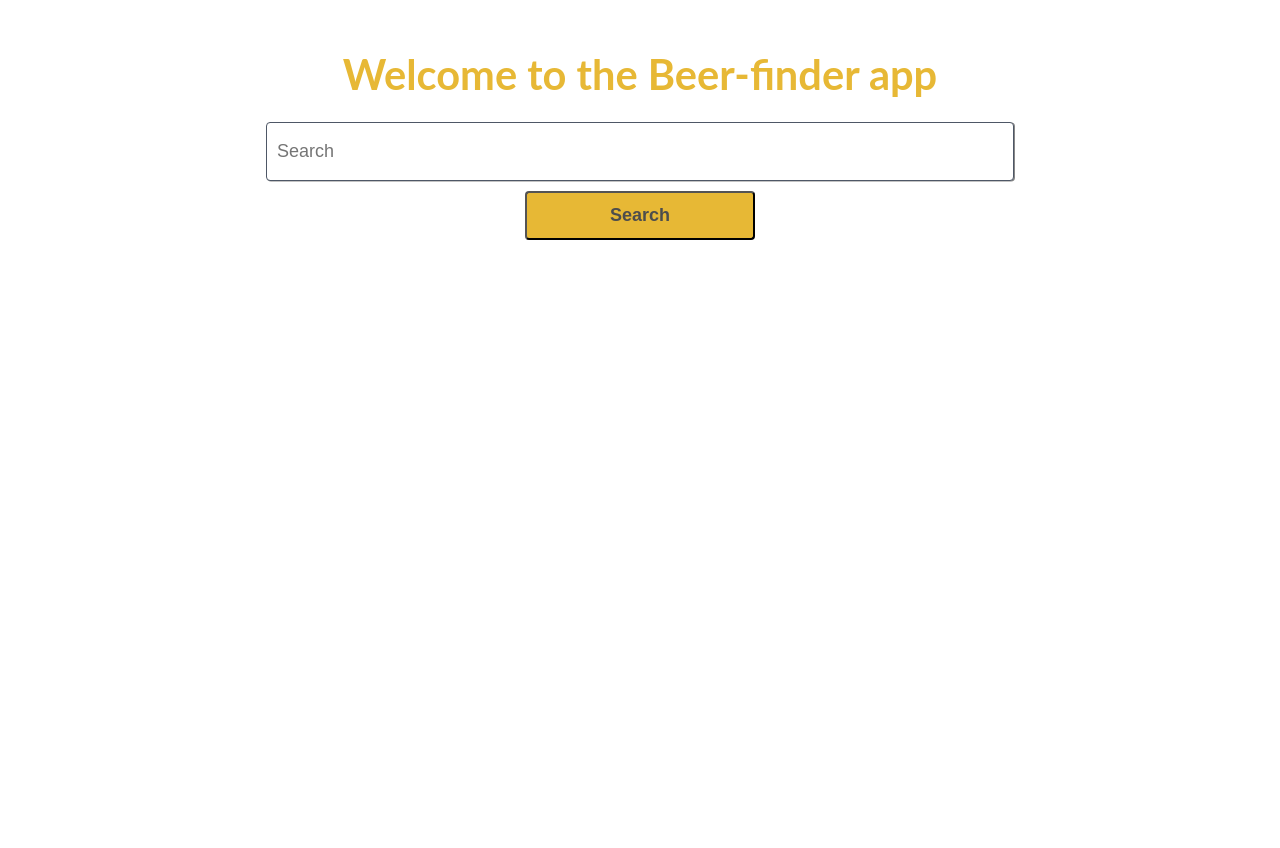
Repository: marcinszymaszek/beer-finder
Page: /
An editor plug-in stored every save of this project. The page is shown before and after the next save, followed by the edit.
The browser window is 1280 px wide. The pictures show the whole page.
The project was rebuilt for these pictures with package versions that can differ from the ones it lists, and the page was loaded fresh each time.

Above is the page before, as saved 2020-05-10 20:33:25.

### public/index.html
<!DOCTYPE html>
<html lang="en">
  <head>
    <meta charset="utf-8" />
    <link rel="icon" href="%PUBLIC_URL%/favicon.ico" />
    <meta name="viewport" content="width=device-width, initial-scale=1" />
    <meta name="theme-color" content="#000000" />
    <meta
      name="description"
      content="Web site created using create-react-app"
    />
    <link rel="apple-touch-icon" href="%PUBLIC_URL%/logo192.png" />
    <!--
      manifest.json provides metadata used when your web app is installed on a
      user's mobile device or desktop. See https://developers.google.com/web/fundamentals/web-app-manifest/
    -->
    <link rel="manifest" href="%PUBLIC_URL%/manifest.json" />
    <!--
      Notice the use of %PUBLIC_URL% in the tags above.
      It will be replaced with the URL of the `public` folder during the build.
      Only files inside the `public` folder can be referenced from the HTML.

      Unlike "/favicon.ico" or "favicon.ico", "%PUBLIC_URL%/favicon.ico" will
      work correctly both with client-side routing and a non-root public URL.
      Learn how to configure a non-root public URL by running `npm run build`.
    -->
    <title>Beer-finder App</title>
  </head>
  <body>
    <noscript>You need to enable JavaScript to run this app.</noscript>
    <div id="root"></div>
    <!--
      This HTML file is a template.
      If you open it directly in the browser, you will see an empty page.

      You can add webfonts, meta tags, or analytics to this file.
      The build step will place the bundled scripts into the <body> tag.

      To begin the development, run `npm start` or `yarn start`.
      To create a production bundle, use `npm run build` or `yarn build`.
    -->
  </body>
</html>

### src/index.js
import React from 'react';
import ReactDOM from 'react-dom';
import './index.css';
import App from './components/main/App';
import * as serviceWorker from './serviceWorker';

ReactDOM.render(
  <React.StrictMode>
    <App />
  </React.StrictMode>,
  document.getElementById('root')
);

// If you want your app to work offline and load faster, you can change
// unregister() to register() below. Note this comes with some pitfalls.
// Learn more about service workers: https://bit.ly/CRA-PWA
serviceWorker.unregister();

### src/components/main/App.js
import React, { useState, useEffect } from 'react';
import './App.css';
import Search from '../search/Search'


const App = () => {

  return (
    <div className="main-container">
      <h1 className="app-title">Welcome to the Beer-finder app</h1>
      <Search />


    </div>
  );
}

export default App;

### src/components/main/App.css
.main-container {
  font-family: Lato, sans-serif;
  font-size: 1.5em;
  height: 100vh;
  line-height: 20px;
  font-size: 1.3rem;
  text-align: center;
  margin: 5% 20%;
  color: #e7b835;
}

@media (max-width: 1199px)  {
  .main-container  {
    font-size: 1.2em;
  }
}

@media (max-width: 576px)  {
  .main-container  {
    height: auto;
    margin-bottom: 20%;
    margin-left: 15%;
    margin-right: 15%;
  }
}

### src/components/search/Search.js
import React, { useState, useEffect } from 'react';
import './Search.css';


const Search = () => {

    return (
        <div className="inline-container">
            <input name="text" type="text" placeholder="Search" />
            <button>Search</button>
        </div>
    )
}

export default Search;

### src/components/search/Search.css
.inline-container {
    display: flex;
    flex-flow: wrap;
    align-content: center;
    align-items: stretch;
    justify-content: space-around;
}

input {
    width: 100%;
    margin: 10px;
    padding: 18px 10px;
    border-radius: 4px;
    border: 1px solid #4e5766;
    box-shadow: 1px 0.5px #888888;
    font-size: 18px;
}

    button {
        padding: 12px 10px;
        width: 30%;
        border-radius: 4px;
        background-color: #e7b835;
        color: #4d4d4d;
        cursor: pointer;
        font-size: 18px;
        font-weight: 700;
    }


@media (max-width: 767px)  {
    .inline-container {
        justify-content: space-evenly;
    }
}

Loaded but not shown: src/index.css (common file); src/serviceWorker.js (common file)

After the next save:
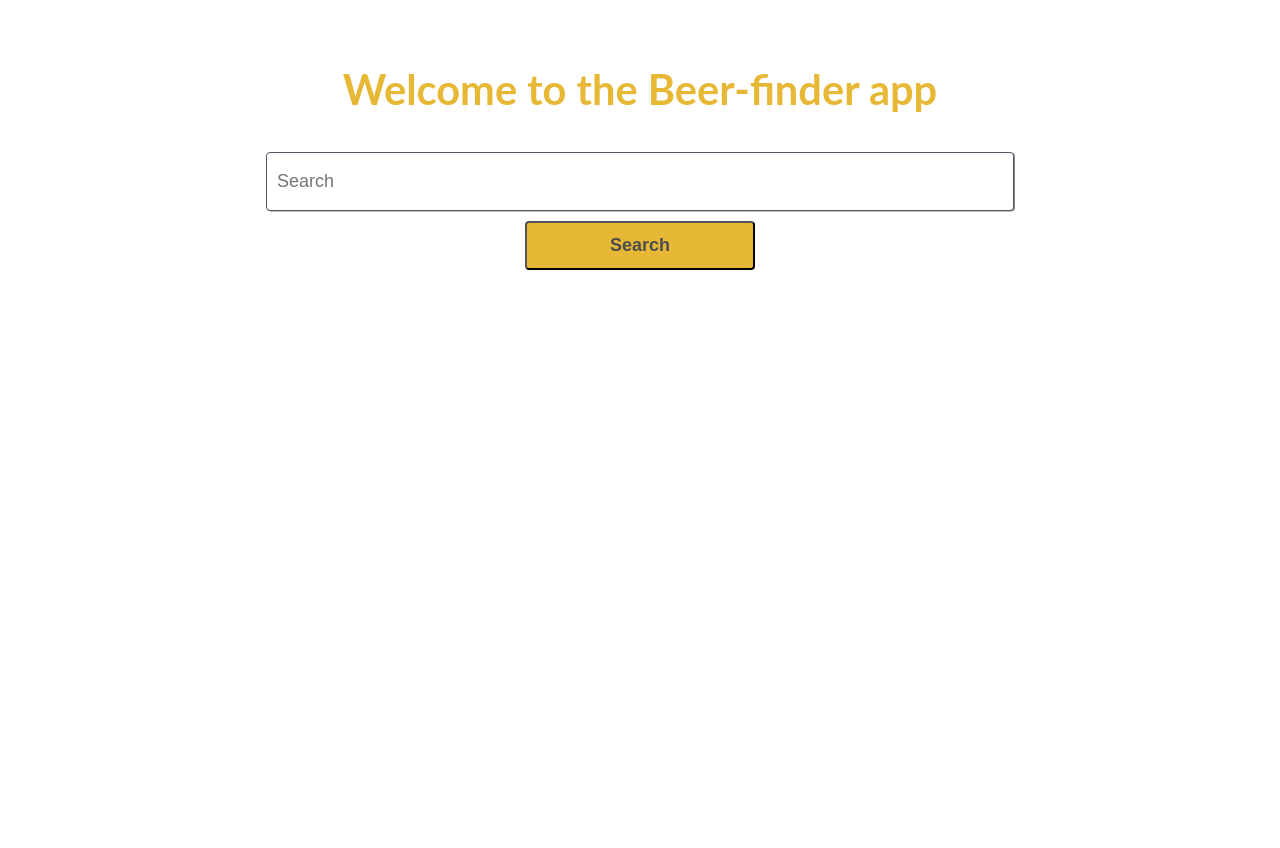
Saved 119 s later.
--- a/src/components/main/App.css
+++ b/src/components/main/App.css
@@ -7,6 +7,10 @@
   text-align: center;
   margin: 5% 20%;
   color: #e7b835;
+}
+
+.app-title{
+  line-height: normal;
 }
 
 @media (max-width: 1199px)  {
